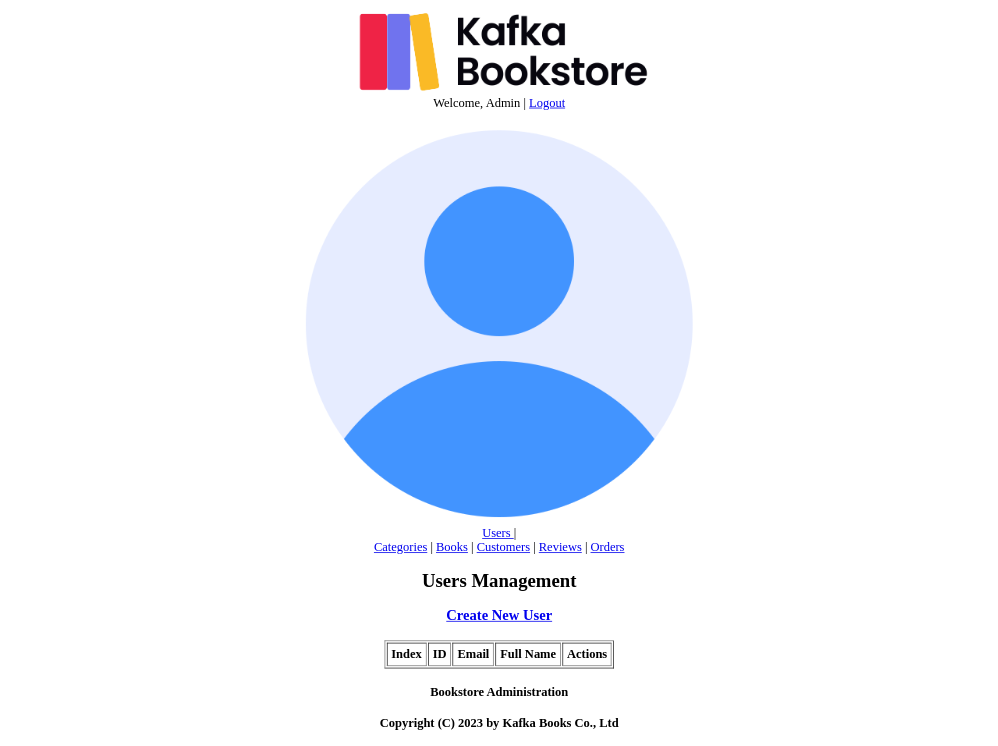
Repository: janvi2502/BookStore
Page: http://localhost/BookStoreWebsite/admin/user_list.jsp
These files come from the project's save history. The page is drawn as it stood at one moment and after the next save; the edit follows.
The browser window is 1280 px wide. The pictures show the whole page, at 78% of full size.
The page is served by Tomcat 10. Nobody is signed in. The application's start-up code is not run.

Above is the page before, as saved 2023-12-28 10:05:23.

After the next save:
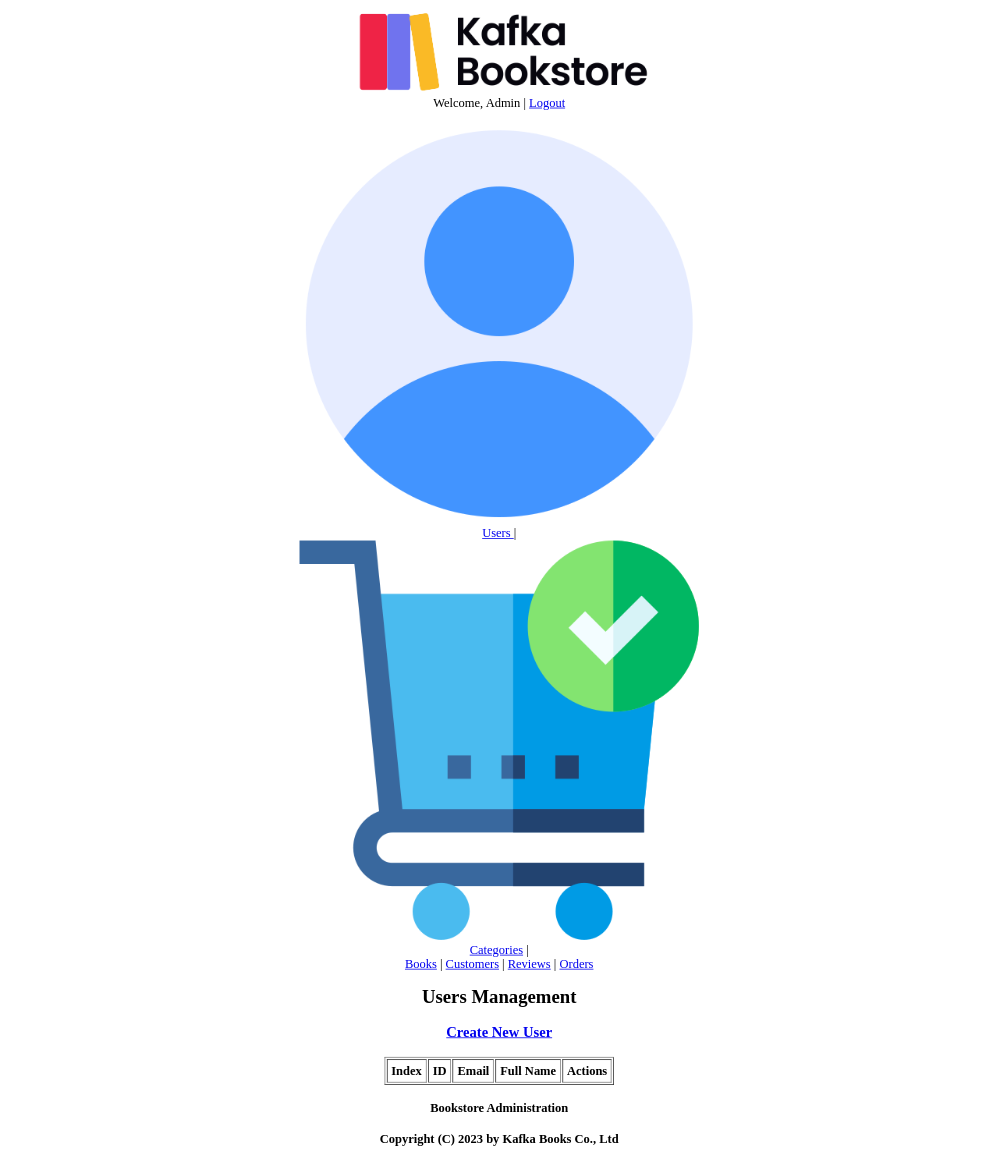
Saved 50 s later.
--- a/BookStoreWebsite/WebContent/admin/header.jsp
+++ b/BookStoreWebsite/WebContent/admin/header.jsp
@@ -12,7 +12,10 @@
 				<img src="../images/user.png" /><br/> Users
 			</a> |
 		</div>
-		<a href="list_category">Categories</a> |
+		<div>
+			<a href="list_category">
+				<img src="../images/order.png" /> <br/> Categories</a> |
+		</div>
 		<a href="books">Books</a> |
 		<a href="customer">Customers</a> |
 		<a href="reviews">Reviews</a> |
